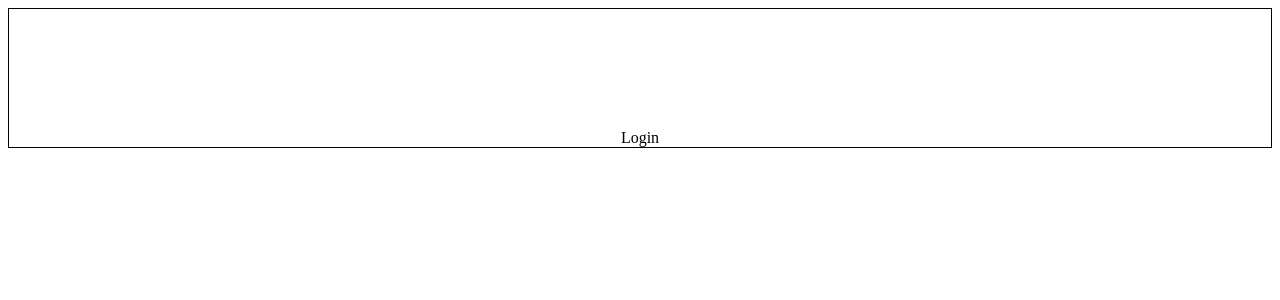
Repository: smandkd/Multicampus_Frontend
Page: http://localhost/Project_1/test_login.jsp
An editor plug-in stored every save of this project. The page is shown before and after the next save, followed by the edit.
The browser window is 1280 px wide. The pictures show the whole page.
The page is served by Tomcat 9.

Above is the page before, as saved 2022-01-30 01:51:33.

After the next save:
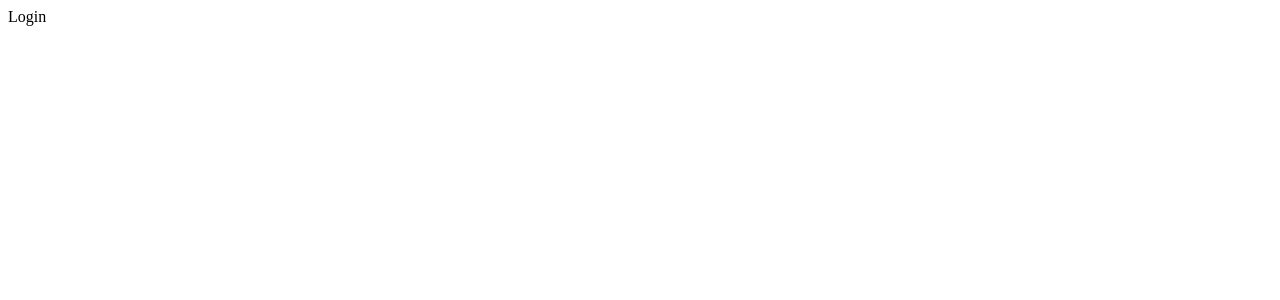
Saved 69 s later.
--- a/Project_1/WebContent/test_login.jsp
+++ b/Project_1/WebContent/test_login.jsp
@@ -13,10 +13,10 @@
 </style>
 </head>
 <body>
-<div style="background-color:cyan">
+<div>
 
 </div>
-<div class="a" style="background-color:##CF0">
+<div>
 	Login
 </div>
 </body>

After the save that followed:
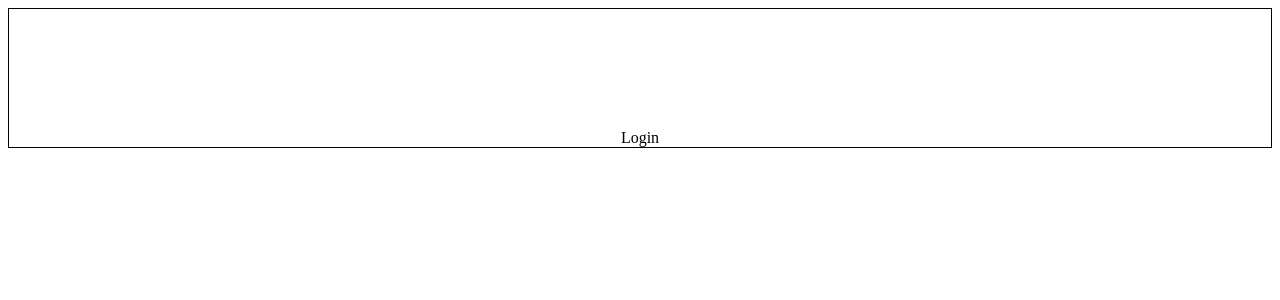
Saved 8 s later.
--- a/Project_1/WebContent/test_login.jsp
+++ b/Project_1/WebContent/test_login.jsp
@@ -16,7 +16,7 @@
 <div>
 
 </div>
-<div>
+<div class="a">
 	Login
 </div>
 </body>
